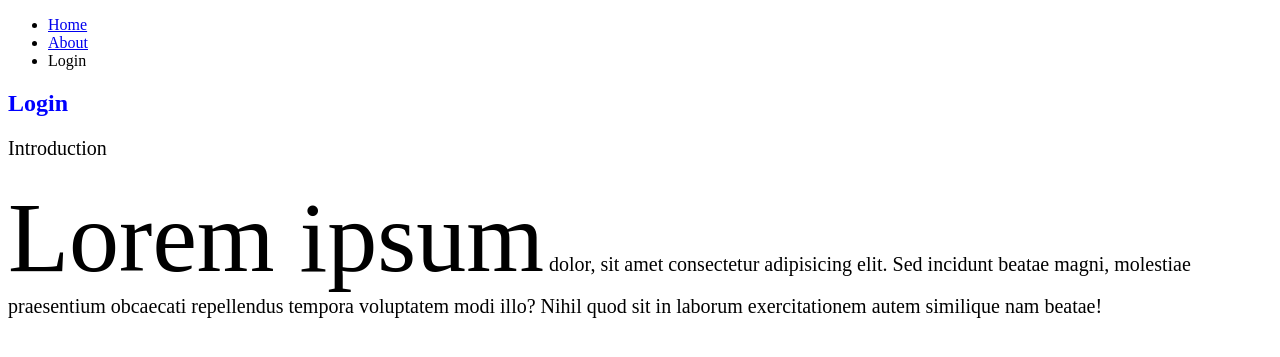
Repository: rileymeye1/ZTM
Page: project_files/login.html
The author's editor kept a copy of each file at every save. The page is drawn from the files as they stood at one save, then again after the next save.
The browser window is 1280 px wide. The pictures show the whole page.

Above is the page before, as saved 2024-08-19 17:37:06.

After the next save:
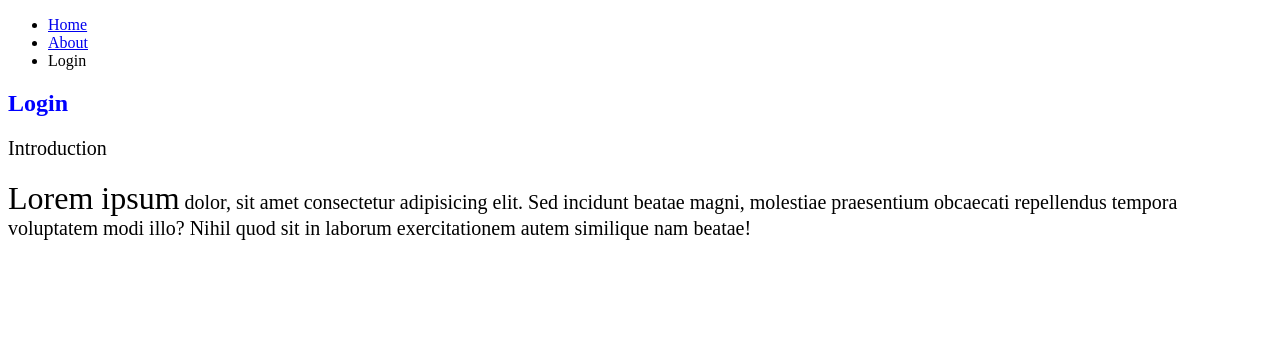
Saved 44 s later.
--- a/project_files/style2.css
+++ b/project_files/style2.css
@@ -7,5 +7,5 @@ p {
 }
 
 span {
-  font-size: 5em;
+  font-size: 2rem;
 }
